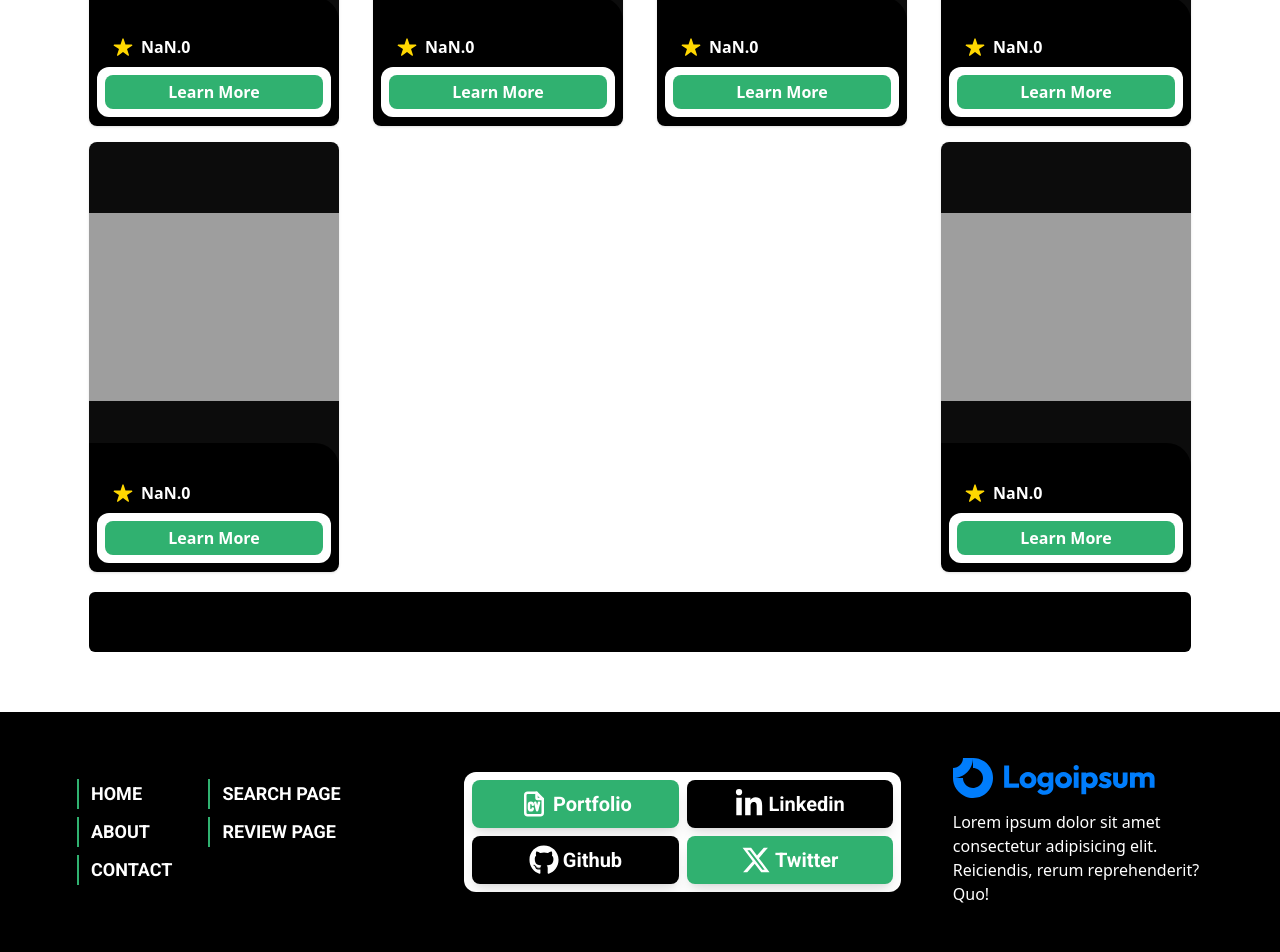
Repository: jayantatech/FrameFlick
Page: /movies
These files come from the project's save history. The page is drawn as it stood at one moment and after the next save; the edit follows.
The browser window is 1280 px wide. The pictures show the part of the page from y = 1096 to 2048 px (the page is 2048 px tall).
Pictures or frames that could not be fetched are drawn as grey boxes. The page's requests for data from a server got no answer. The project was rebuilt for these pictures with package versions that can differ from the ones it lists, and the page was loaded fresh each time. No one was signed in, and anything a server would have sent is missing. Also part of the build but not shown: vite.config.js, src/components/header/SearchBar.jsx, src/components/sliderComponent/button.css, src/components/sliderComponent/SliderComponent.jsx, src/pages/home/comingAttractions/ComingAttractions.jsx, src/pages/home/currentFavorites/CurrentFavorites.jsx, src/pages/home/movieGenres/MovieGenres.jsx, src/components/responsiveTitle/responsiveTitle.jsx and 11 more.

Above is the page before, as saved 2024-02-13 19:06:23.

After the next save:
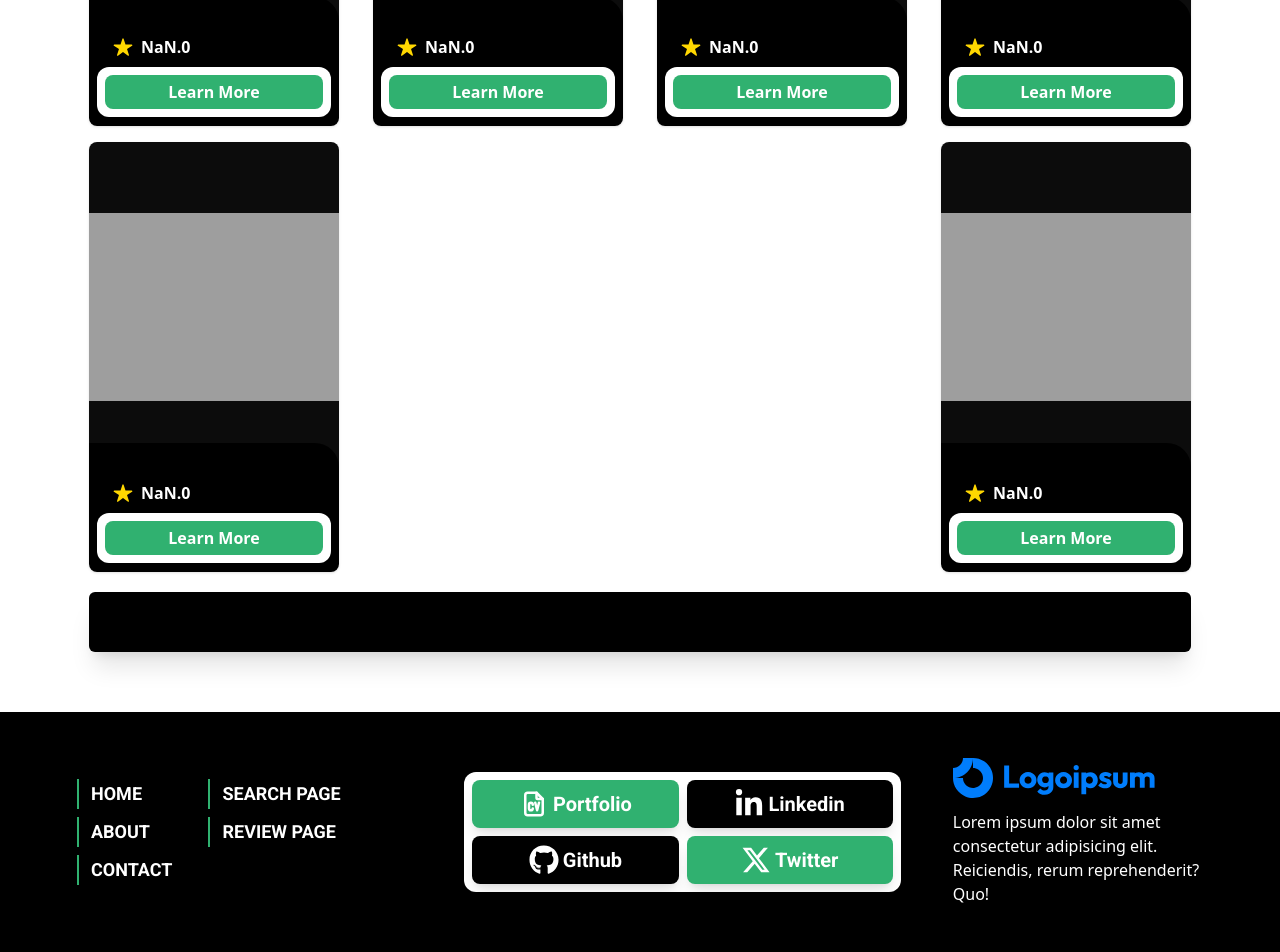
Saved 7 s later.
--- a/src/pages/moviePage/allMovies/AllMovies.jsx
+++ b/src/pages/moviePage/allMovies/AllMovies.jsx
@@ -20,7 +20,7 @@ const AllMovies = () => {
             <FilmCard />
             <FilmCard />
           </div>
-          <div className=" w-full h-[60px] bg-[#000] rounded-md"></div>
+          <div className=" w-full h-[60px] bg-[#000] shadow-xl rounded-md"></div>
         </div>
       </ContentWrapper>
     </div>
